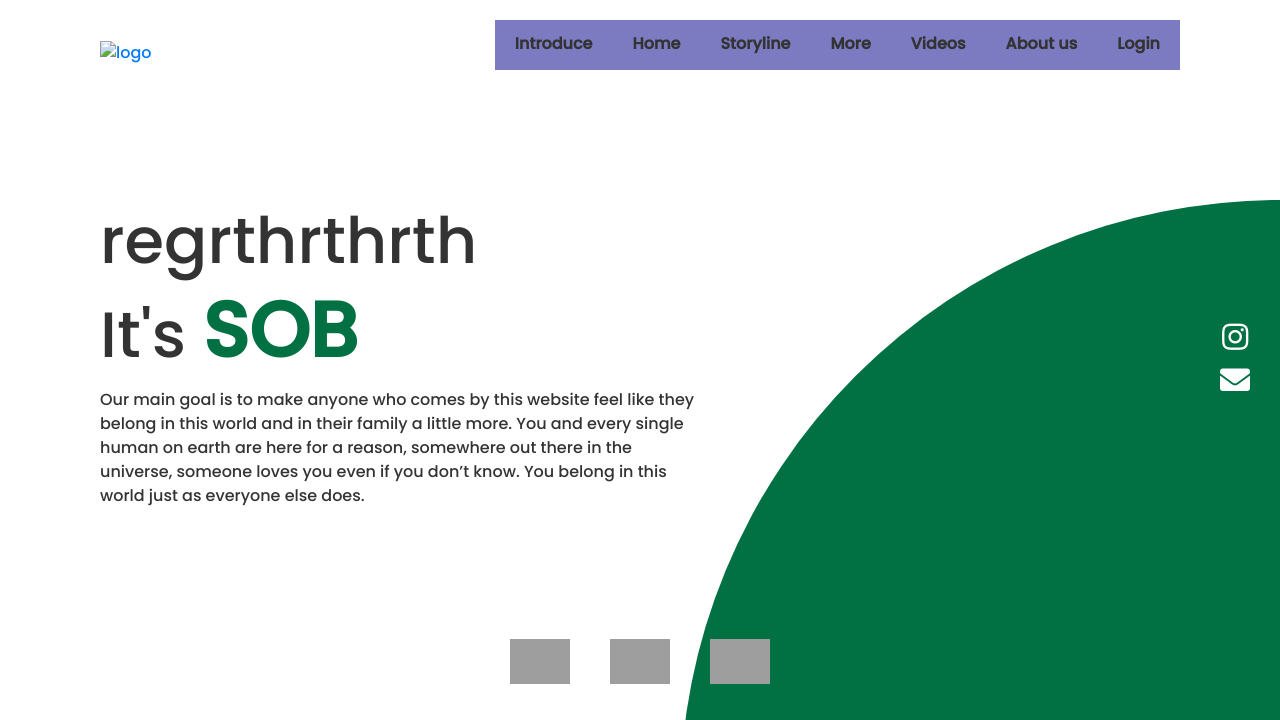
Repository: LeDucHai007/test3
Page: intro1.html
An editor plug-in stored every save of this project. The page is shown before and after the next save, followed by the edit.
The browser window is 1280 px wide. The pictures show the whole page.
Pictures or frames that could not be fetched are drawn as grey boxes. Some web fonts or font styles are not loaded; a fallback is used. Some web libraries are served in a nearby version.

Above is the page before, as saved 2022-02-11 16:09:45.
Console error: TypeError: Cannot set properties of null (setting 'onclick')

### intro1.html
<!DOCTYPE html>
<html lang="en" dir="ltr">

<head>
    <link rel="shortcut icon" type="image/ico" href="favicon (1).ico" />
    <meta charset="utf-8" />
    <title>SOB Introduce</title>
    <!--Fontawesome link-->
    <link rel="stylesheet" href="https://pro.fontawesome.com/releases/v5.10.0/css/all.css" integrity="sha384-AYmEC3Yw5cVb3ZcuHtOA93w35dYTsvhLPVnYs9eStHfGJvOvKxVfELGroGkvsg+p" crossorigin="anonymous" />

    <!-- google fonts link -->
    <link href="https://fonts.googleapis.com/css2?family=Mali:ital,wght@1,600&display=swap" rel="stylesheet" />
    <link href="https://fonts.googleapis.com/css2?family=Quicksand:wght@400;600&display=swap" rel="stylesheet" />
    <link href="https://fonts.googleapis.com/css2?family=Source+Serif+Pro:ital,wght@1,900&display=swap" rel="stylesheet" />
    <link href="https://fonts.googleapis.com/css2?family=Baloo" rel="stylesheet" />
    <link href="https://fonts.googleapis.com/css2?family=Bungee&family=Poppins:wght@500&family=Shrikhand&display=swap" rel="stylesheet" />
    <!-- Bootstrap link -->
    <link rel="stylesheet" href="https://stackpath.bootstrapcdn.com/bootstrap/4.5.0/css/bootstrap.min.css" integrity="sha384-9aIt2nRpC12Uk9gS9baDl411NQApFmC26EwAOH8WgZl5MYYxFfc+NcPb1dKGj7Sk" crossorigin="anonymous" />

    <!-- css stylesheet -->

    <link rel="stylesheet" href="Backtop.css" />
    <link rel="stylesheet" href="bg-menu.css" />
    <link rel="stylesheet" href="banner-main.css" />
    <link rel="stylesheet" href="nav-bar.css" />
    <link rel="stylesheet" href="side-nemu-home.css" />
    <link rel="stylesheet" href="p-n-button-home.css" />
    <link rel="stylesheet" href="scrollbar.css" />
    <link rel="stylesheet" href="intro1.css" />
    <link rel="stylesheet" href="slider.css">
</head>

<body>
    <!--************************************* TITLE SECTION********************************** -->

    <section>
        <div class="circle"></div>
        <header>
            <a href="introduce.html">
                <img src="favicon (1).ico" alt="logo" class="logo">
            </a>
            <ul>
                <li>
                    <a href="introduce.html">Introduce</a>
                </li>
                <li>
                    <a href="index.html">Home</a>
                </li>
                <li>
                    <a href="storyline.html">Storyline</a>
                </li>
                <li>
                    <a href="other.html">More</a>
                </li>
                <li>
                    <a href="Video.html">Videos</a>
                </li>
                <li>
                    <a href="about-us.html">About us</a>
                </li>
                <li>
                    <a href="Login.html">Login</a>
                </li>
            </ul>
        </header>
        <div class="content">
            <div class="textBox">
                <h2>regrthrthrth<br>It's <span>SOB</span></h2>
                <p>Our main goal is to make anyone who comes by this website feel like they belong in this world and in their family a little more. You and every single human on earth are here for a reason, somewhere out there in the universe, someone loves
                    you even if you don’t know. You belong in this world just as everyone else does.</p>
            </div>
            <div class="imgBox">
                <div class="slide-main">
                    <div class="slider">
                        <div class="slides">
                            <input type="radio" name="radio-btn" id="radio1">
                            <input type="radio" name="radio-btn" id="radio2">
                            <input type="radio" name="radio-btn" id="radio3">
                            <input type="radio" name="radio-btn" id="radio4">
                            <input type="radio" name="radio-btn" id="radio5">
                            <input type="radio" name="radio-btn" id="radio6">
                            <input type="radio" name="radio-btn" id="radio7">
                            <input type="radio" name="radio-btn" id="radio8">
                            <input type="radio" name="radio-btn" id="radio9">
                            <input type="radio" name="radio-btn" id="radio10">


                            <div class="slide first">
                                <img src="Bìa trước.png">
                            </div>
                            <div class="slide">
                                <img src="t1.png">
                            </div>
                            <div class="slide">
                                <img src="t2.png">
                            </div>
                            <div class="slide">
                                <img src="t3.png">
                            </div>
                            <div class="slide">
                                <img src="t4.png">
                            </div>
                            <div class="slide">
                                <img src="t5.png">
                            </div>
                            <div class="slide">
                                <img src="t6.png">
                            </div>
                            <div class="slide">
                                <img src="t7.png">
                            </div>
                            <div class="slide">
                                <img src="t8.png">
                            </div>
                            <div class="slide">
                                <img src="t9.png">
                            </div>
                            <div class="slide">
                                <img src="t10.png">
                            </div>

                            <div class="slide">
                                <img src="Bìa sau.png">
                            </div>

                            <div class="navigation-auto">
                                <div class="auto-btn1"></div>
                                <div class="auto-btn2"></div>
                                <div class="auto-btn3"></div>
                                <div class="auto-btn4"></div>
                                <div class="auto-btn5"></div>
                                <div class="auto-btn6"></div>
                                <div class="auto-btn7"></div>
                                <div class="auto-btn8"></div>
                                <div class="auto-btn9"></div>
                                <div class="auto-btn10"></div>

                            </div>
                        </div>
                        <div class="navigation-manual">
                            <label for="radio1" class="manual-btn"></label>
                            <label for="radio2" class="manual-btn"></label>
                            <label for="radio3" class="manual-btn"></label>
                            <label for="radio4" class="manual-btn"></label>
                            <label for="radio5" class="manual-btn"></label>
                            <label for="radio6" class="manual-btn"></label>
                            <label for="radio7" class="manual-btn"></label>
                            <label for="radio8" class="manual-btn"></label>
                            <label for="radio9" class="manual-btn"></label>
                            <label for="radio10" class="manual-btn"></label>

                        </div>
                    </div>
                </div>

                <div class="img2">
                    <img src="nguyen.png">
                </div>
                <div class="img3">
                    <img src="an.png">
                </div>
            </div>
        </div>
        <ul class="thumb">
            <li id="thumb1"><img src="han.png"></li>
            <li id="thumb2"><img src="nguyen.png"></li>
            <li id="thumb3"><img src="an.png"></li>
        </ul>
        <ul class="sci">
            <li>
                <a href="">
                    <i class="fab fa-instagram"></i>
                </a>
            </li>
            <li>
                <a href="">
                    <i class="fa fa-envelope"></i>
                </a>
            </li>

        </ul>

        </div>
    </section>




</body>
<script src="https://code.jquery.com/jquery-3.5.1.slim.min.js" integrity="sha384-DfXdz2htPH0lsSSs5nCTpuj/zy4C+OGpamoFVy38MVBnE+IbbVYUew+OrCXaRkfj" crossorigin="anonymous"></script>
<script src="https://cdn.jsdelivr.net/npm/popper.js@1.16.0/dist/umd/popper.min.js" integrity="sha384-Q6E9RHvbIyZFJoft+2mJbHaEWldlvI9IOYy5n3zV9zzTtmI3UksdQRVvoxMfooAo" crossorigin="anonymous"></script>
<script src="https://stackpath.bootstrapcdn.com/bootstrap/4.5.0/js/bootstrap.min.js" integrity="sha384-OgVRvuATP1z7JjHLkuOU7Xw704+h835Lr+6QL9UvYjZE3Ipu6Tp75j7Bh/kR0JKI" crossorigin="anonymous"></script>

<script src="https://code.jquery.com/jquery-3.6.0.js" integrity="sha256-H+K7U5CnXl1h5ywQfKtSj8PCmoN9aaq30gDh27Xc0jk=" crossorigin="anonymous"></script>
<script>
    var counter = 1;
    setInterval(function() {
        document.getElementById("radio" + counter).checked = true;
        counter++;
        if (counter > 8) {
            counter = 1;
        }
    }, 5000)
</script>

<script>
    let btn = document.querySelector("#btn");
    let sidebar = document.querySelector(".sidebar");

    btn.onclick = function() {
        sidebar.classList.toggle("active");
    };
</script>

<script>
    $(document).ready(function() {
        $(".sidebar").fadeOut(0);
        $(window).scroll(function() {
            if ($(this).scrollTop()) {
                $(".sidebar").fadeIn();
            } else {
                $(".sidebar").fadeOut(0);
            }
        });
    });
</script>

<!-- <script>
    function imgSlider(anythings) {
        document.querySelector(".theme-1").src = anythings;

    }

    function changeCircleColor(color) {
        const circle = document.querySelector('.circle');
        circle.style.background = color;
    }
</script> -->

<script>
    let thumb1 = document.querySelector("#thumb1");
    let thumb2 = document.querySelector("#thumb2");
    let thumb3 = document.querySelector("#thumb3");

    let img1 = document.querySelector(".slide-main");
    let img2 = document.querySelector(".img2");
    let img3 = document.querySelector(".img3");

    thumb1.onclick = function() {

        img1.classList.toggle("active");
        img2.classList.remove("active");
        img3.classList.remove("active");
    };

    thumb2.onclick = function() {

        img2.classList.toggle("active");
        img1.classList.remove("active");
        img3.classList.remove("active");
    };

    thumb3.onclick = function() {

        img3.classList.toggle("active");
        img1.classList.remove("active");
        img2.classList.remove("active");
    };
</script>


</html>

### Backtop.css
#backtop{
	width: 50px;
	height: 50px;
	background: #00cec9;
	display: flex;
	justify-content: center;
	align-items: center;
	border-radius: 50%;
	position: fixed;
	right: 20px;
	bottom: 80px;
	cursor: pointer;
}

### bg-menu.css
#menu-1{
  background: url(bg-menu-home.png) no-repeat;
  background-size: cover;
  color: #DC5B03;



}

#menu-2{
  background: url(bg-menu-2.png) no-repeat;
  background-size: cover;
  color: #E6A33D;
}

#menu-3{
  background: url(bg-menu-3.png) no-repeat;
  background-size: cover;
  color: #E1B444;
}

#menu-4{
  background: url(bg-menu-4.png) no-repeat;
  background-size: cover;
  color: #5E9E3E;
}

#menu-5{
  background: url(bg-menu-5.png) no-repeat;
  background-size: cover;
  color: #3B7A90;
}

#menu-6{
  background: url(bg-menu-6.png) no-repeat;
  background-size: cover;
  color: #A878DB;
}

### banner-main.css
#title-section{
  background-color: #a8d3da;
  color: #3b5360;

}

.big-heading {
  font-size:5rem;


  position: relative;
  top: 15%;
  left: 25%;

}


.title-footer{
  position: relative;
  padding-bottom: 39%;
  font-size: 1.3rem;
  color: #435560;
  left: 34%;
  top: 12%;
}

.title-sun{


  width: 30%;
  position: absolute;
  left: 68%;
  top: -2%;
}

.title-dove{

  width: 20%;
  position: absolute;
  left: -85%;
  top: 5%;
}

.title-fada{

  width: 28%;
  position: absolute;
  top: 75%;
  left: -90%;
}


.title-walkers{
  width: 16%;
  position: absolute;
  bottom: 16%;
  right: 65%;
  z-index: 2;
}

.title-road{
  width: 42%;
  position: absolute;
  bottom: -0.5%;
  z-index: 1;
}

.title-house{

  width: 68%;
  position: absolute;
  bottom: 0;
  right: 5%;
}

### nav-bar.css
.navbar{
  color: #3b5360;
  padding-top: 2%;
  padding-bottom: -2%;
  position: relative;

}

.nav-item{
  margin-right: 10px;
}

.nav-link{
  font-size: 1.5rem;
  font-family:'baloo', 'Molengo', sans-serif;

}

### side-nemu-home.css
.sidebar{
	position: fixed;
	margin: 0;
	padding: 0;
	top: 10%;
	left: 0.5%;
	box-sizing: border-box;
	font-family: "poppins", sans-serif;
	height: 80%;
	width: 85px;
	background: #E2F5F4;
	padding: 0 0;
	z-index: 10;
	border-radius: 12px;
	transition: all 0.5s ease;

}

.sidebar:hover{
	box-shadow: 3px 3px 30px rgba(0, 0, 0, 0.5);
}

.sidebar.active{
	width: 240px;
}

.sidebar .logo_content .logo{
	display: flex;
	height: 50px;
	width: 100%;
	align-items: center;
	opacity: 0;
	pointer-events: none;
	transition: all 0.5s ease;

}

.sidebar.active .logo_content .logo{
	opacity: 1;
	pointer-events: none;
}

.sidebar .logo_content .logo .logo-name{
	font-size: 20px;
	font-weight: 400;
	padding-left: 20px;


}

.sidebar #btn{
	color: #000;
	position: absolute;
	top: 1%;
	left: 20%;
	font-size: 20px;
	height: 50px;
	width: 50px;
	text-align: center;
	line-height: 50px;

}


.sidebar.active #btn{
	left: 75%;
}

.sidebar ul{
	margin-top: 20px;
	margin-left: -25px;
}


.sidebar ul li{
	list-style: none;
	height: 50px;
	width: 70%;
	position: relative;
	margin: 0 5px;
	line-height: 50px;


}

.sidebar.active ul li{
	width: 90%;
}

.sidebar ul li #tooltip{
	position: absolute;
	left: 122px;
	top: 0;
	transform: translate(-40% , -50%);
	border-radius: 6px;
	height: 35px;
	width: 122px;
	background: #fff;
	line-height: 35px;
	text-align: center;
	box-shadow: 0 15px 10px rgba(0, 0, 0, 0.2);
	z-index: 12;
	transition: 0s;
	opacity: 0;
	pointer-events: none;
	display: block;

}

.sidebar.active ul li #tooltip{
	display: none;
}

.sidebar ul li:hover #tooltip{

	transition: all 0.5s ease;
	top: 50%;
	opacity: 1;
}

.sidebar ul li a{
	color: #000;
	display: flex;
	align-items: center;
	text-decoration: none;
	transition: all 0.4s ease;
	border-radius: 12px;
	white-space: nowrap;
}

.sidebar ul li a:hover{
	color: #11101d;
	background: #fff;
}


.sidebar ul li a i{
	height: 50px;
	min-width: 50px;
	border-radius: 12px;
	line-height: 50px;
	text-align: center;
	font-size: 25px;
	font-weight: 400;
	color: #396475;
}



.sidebar .links_name{
	opacity: 0;
	pointer-events: none;
}



.sidebar.active .links_name{
	opacity: 1;
	pointer-events: auto;
}


.sidebar .profile_content{
	position: absolute;
	color: #000;
	bottom: 0;
	left: 0;
	width: 100%;

}

.sidebar .profile_content .profile{
	position: relative;
	padding: 10px 6px;
	height: 60px;
	background: #1d1b31;
	border-radius: 12px;

}

.sidebar .profile_content .profile .profile_details{
	display: flex;
	align-items: center;
	opacity: 0;
	pointer-events: none;
	transition: all 0.5s ease;
	white-space: nowrap;
}

.sidebar.active .profile .profile_details{
	opacity: 1;
	pointer-events: auto;
}

.sidebar .profile_content .profile .profile_details .name{
	font-size: 25px;
	font-weight: 800;
	position: absolute;
	left: 38%;
	bottom: 20%;
	color: #fff;

}

.sidebar .profile_content .profile #log_out{
	position: absolute;
	left: 20%;
	bottom: 10%;
	font-size: 20px;
	transform: rotate(180deg);

	min-width: 50px;
	line-height: 50px;
	border-radius: 12px;
	color: #fff;
	transition: all 0.5s ease;
	text-align: center;
}

.sidebar.active .profile #log_out{
	left: 70%;
	transition: all 0.5s ease;
}

### p-n-button-home.css
.button{
	display: inline-block;
}

.p-n-button{
	margin: 0;
	padding: 0;
	position: relative;

}

.p-n-button ul{

	top: 50%;
	left: 50%;
	/*transform: translate(-50px,-50%);*/
	margin: 0;
	padding: 0;
	display: flex;
}

.p-n-button ul li{
	list-style: none;
	width: 60px;
	height: 60px;
	background: #262626;
	margin: 0 10px;
	border-radius: 50%;
	transition: .5s;

}

.p-n-button ul li:hover{
	background: #00d2d3;
}

.p-n-button ul li span{
	position: absolute;
	width: 15px;
	height: 15px;
	border: 4px solid #fff;
	transition: .5s;

}

.p-n-button ul li.next span{
	top: 50%;
	left: 40%;
	transform: translateY(-50%) rotate(-45deg);
	border-top: none;
	border-left: none;

}

.p-n-button ul li.next:hover span{
	left: 44.4%;


}

.p-n-button ul li.next span:before{
	content: "";
	position: absolute;
	width: 24px;
	height: 3px;
	background: #fff;
	transform-origin: right;
	transform: rotate(45deg) translate(0,15.6px) scaleX(0);
	transition: .5s;
}

.p-n-button ul li.next:hover span:before{
	transform: rotate(45deg) translate(0px, 15.6px) scaleX(1);
}

### scrollbar.css
body::-webkit-scrollbar{
	width: 12px;
}

body::-webkit-scrollbar-thumb{
	width: 10px;
	background-image: linear-gradient(to bottom, #43B7FF,#F1A5DA);
	border-radius: 100rem;
}

body::-webkit-scrollbar-track{
	background-color: #c9ecee;
	border-radius: 100rem;
}

### intro1.css
* {
    margin: 0;
    padding: 0;
    font-family: "poppins", sans-serif;
}

body {
    overflow-x: hidden;
}

section {
    position: relative;
    width: 100%;
    min-height: 100vh;
    padding: 100px;
    display: flex;
    justify-content: space-between;
    align-items: center;
    background: #fff;
}

header {
    position: absolute;
    top: 0;
    left: 0;
    width: 100%;
    padding: 20px 100px;
    display: flex;
    justify-content: space-between;
    align-items: center;
}

header .logo {
    position: relative;
    width: 80px;
}

header ul {
    position: relative;
    display: flex;
}

header ul li {
    list-style: none;
    background: #7c7bc1;
    height: 50px;
    padding-right: 20px;
    padding-left: 20px;
    padding-top: 12px;
}

header ul li:hover a {
    transform: scale(1.2);
    transition: 0.5s;
}

header ul li a {
    display: inline-block;
    color: #333 !important;
    font-weight: 600;
    height: 50px;
    /* margin-left: 40px; */
    text-decoration: none !important;
    transition: 0.5s;
    vertical-align: middle !important;
}

.content {
    position: relative;
    width: 100%;
    display: flex;
    justify-content: space-between;
    align-items: center;
}

.content .textBox {
    position: relative;
    max-width: 600px;
}

.content .textBox h2 {
    color: #333;
    font-size: 4em;
    line-height: 1.4em;
    font-weight: 500;
}

.content .textBox h2 span {
    color: #017143;
    font-size: 1.2em;
    font-weight: 900;
}

.content .textBox p {
    color: #333;
}

.imgBox .slide-main {
    display: none;
    transition: 0.5s;
}

.slide-main.active {
    display: flex;
    transition: 0.5s;
}

.img2 {
    display: none;
    transition: 0.5s;
}

.img2.active {
    display: block;
    transition: 0.5s;
}

.img3 {
    display: none;
    transition: 0.5s;
}

.img3.active {
    display: block;
    transition: 0.5s;
}

.thumb {
    position: absolute;
    left: 50%;
    bottom: 20px;
    transform: translateX(-50%);
    display: flex;
}

.thumb li {
    list-style: none;
    display: inline-block;
    margin: 0 20px;
    cursor: pointer;
    transition: 0.5s;
}

.thumb li:hover {
    transform: translateY(-15px);
}

.thumb li img {
    max-width: 60px;
}

.sci {
    position: absolute;
    top: 50%;
    right: 30px;
    transform: translateY(-50%);
    display: flex;
    justify-content: center;
    align-items: center;
    flex-direction: column;
}

.sci li {
    list-style: none;
}

.sci li:hover a {
    transform: scale(1.5);
    transition: 0.5s;
}

.sci li a {
    display: inline-block;
    margin: 5px 0;
    color: #000;
    transition: 0.5s;
    filter: invert(1);
}

.sci li a i {
    font-size: 30px;
}

.circle {
    position: absolute;
    top: 0;
    left: 0;
    width: 100%;
    height: 100%;
    background: #017143;
    clip-path: circle(600px at right 800px);
}

### slider.css
body {
    /* background: #c9ecee; */
    overflow-x: hidden;
    position: relative;
}

.slide-main {
    position: absolute;
    display: flex;
    justify-content: center;
    align-items: center;
    width: 470px;
    top: -50%;
    right: 5%;
    box-shadow: 1px 3px 30px black;
    border-radius: 12px;
}

.slider {
    width: 470px;
    height: 665px;
    overflow: hidden;
}

.slides {
    width: 1200%;
    height: 665px;
    display: flex;
}

.slides input {
    display: none;
}

.slides img {
    /* width: 70%; */
    height: 100%;
    border-radius: 12px;
}

.slide {
    /* width: 20%; */
    transition: 1s;
}

.navigation-manual {
    position: absolute;
    width: 470px;
    margin-top: -55px;
    display: flex;
    justify-content: center;
}

.manual-btn {
    border: 2px solid #c9ecee;
    padding: 5px;
    border-radius: 10px;
    cursor: pointer;
    transition: 1s;
}

.manual-btn:not(:last-child) {
    margin-right: 15px;
}

.manual-btn:hover {
    background: #a8d3da;
}

#radio1:checked~.first {
    margin-left: 0;
}

#radio2:checked~.first {
    margin-left: -8.35%;
}

#radio3:checked~.first {
    margin-left: -16.68%;
}

#radio4:checked~.first {
    margin-left: -25%;
}

#radio5:checked~.first {
    margin-left: -33.35%;
}

#radio6:checked~.first {
    margin-left: -41.69%;
}

#radio7:checked~.first {
    margin-left: -50.01%;
}

#radio8:checked~.first {
    margin-left: -58.34%;
}

#radio9:checked~.first {
    margin-left: -66.67%;
}

#radio10:checked~.first {
    margin-left: -75.01%;
}

.navigation-auto {
    position: absolute;
    display: flex;
    width: 470px;
    justify-content: center;
    margin-top: 610px;
}

.navigation-auto div {
    border: 2px solid #c9ecee;
    padding: 5px;
    border-radius: 10px;
    transition: 1s;
}

.navigation-auto div:not(:last-child) {
    margin-right: 15px;
}

#radio1:checked~.navigation-auto .auto-btn1 {
    background: #c9ecee;
}

#radio2:checked~.navigation-auto .auto-btn2 {
    background: #c9ecee;
}

#radio3:checked~.navigation-auto .auto-btn3 {
    background: #c9ecee;
}

#radio4:checked~.navigation-auto .auto-btn4 {
    background: #c9ecee;
}

#radio5:checked~.navigation-auto .auto-btn5 {
    background: #c9ecee;
}

#radio6:checked~.navigation-auto .auto-btn6 {
    background: #c9ecee;
}

#radio7:checked~.navigation-auto .auto-btn7 {
    background: #c9ecee;
}

#radio8:checked~.navigation-auto .auto-btn8 {
    background: #c9ecee;
}

#radio9:checked~.navigation-auto .auto-btn9 {
    background: #c9ecee;
}

#radio10:checked~.navigation-auto .auto-btn10 {
    background: #c9ecee;
}

#radio11:checked~.navigation-auto .auto-btn11 {
    background: #c9ecee;
}

#radio12:checked~.navigation-auto .auto-btn12 {
    background: #c9ecee;
}

After the next save:
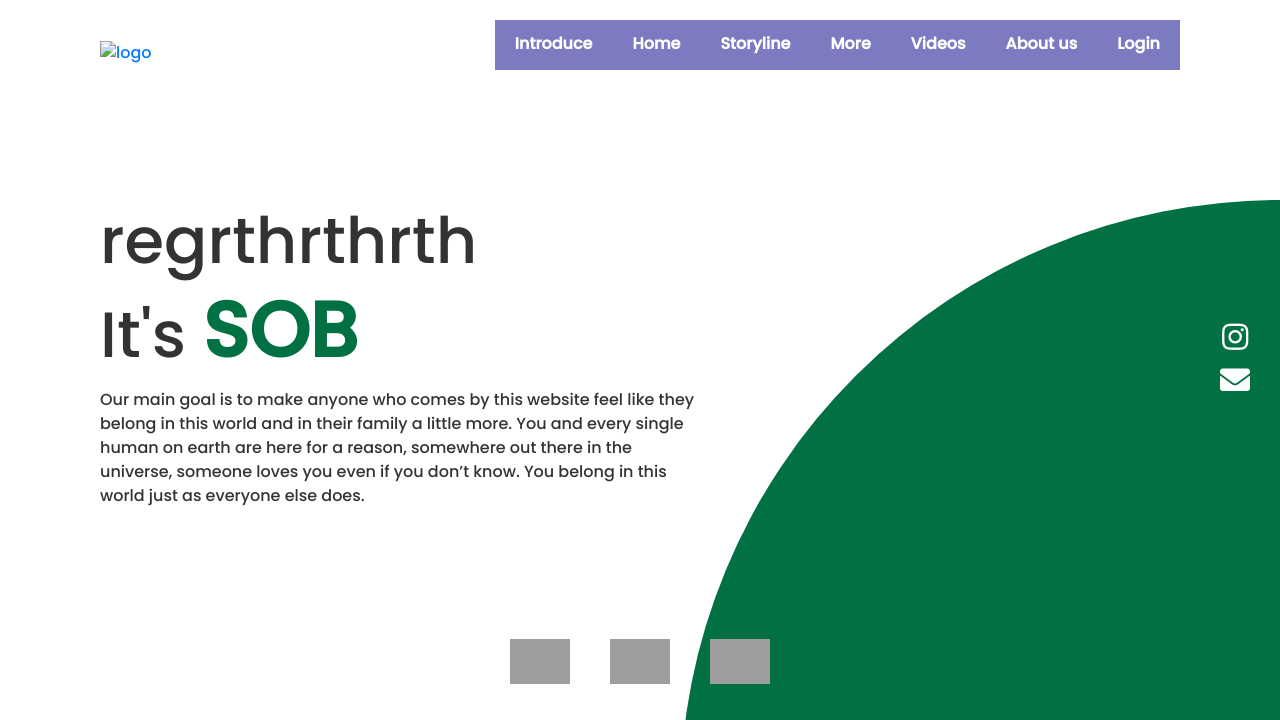
Saved 57 s later.
--- a/intro1.css
+++ b/intro1.css
@@ -56,7 +56,7 @@ header ul li:hover a {
 
 header ul li a {
     display: inline-block;
-    color: #333 !important;
+    color: #fff !important;
     font-weight: 600;
     height: 50px;
     /* margin-left: 40px; */
